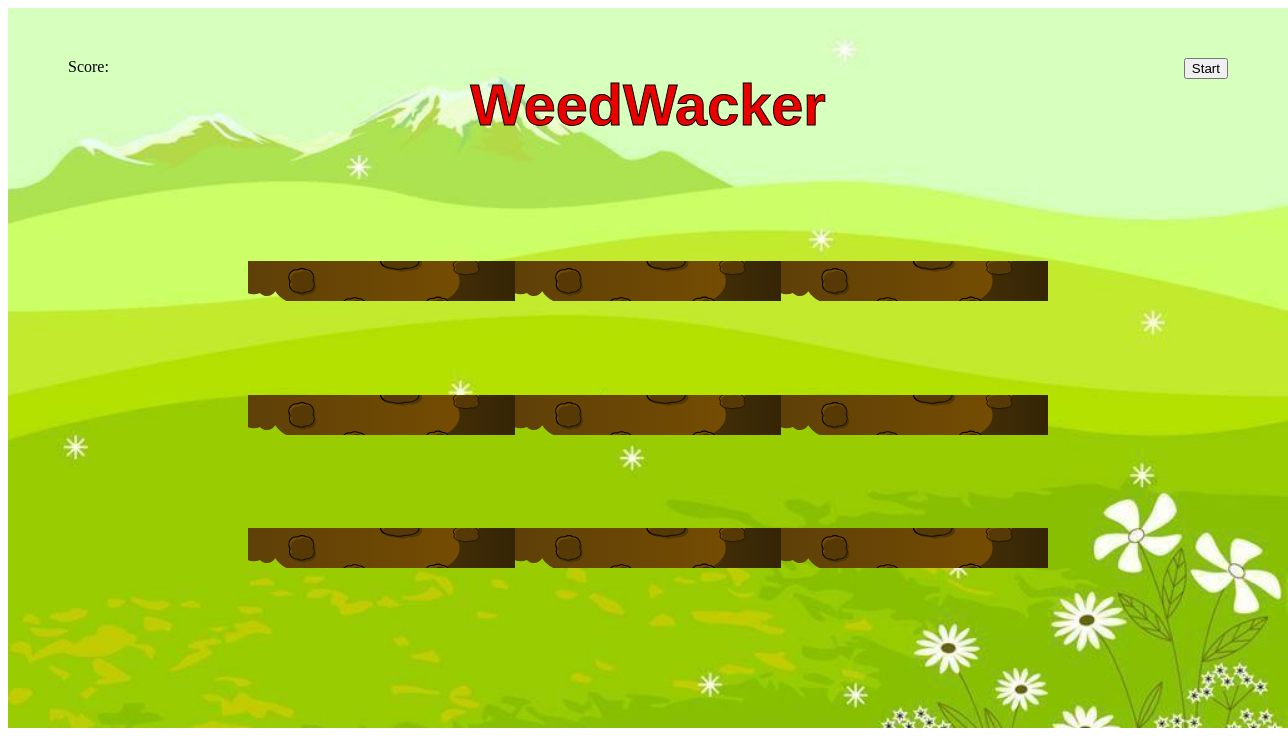
Repository: AustinW24/weedwacker
Page: index.html
An editor plug-in stored every save of this project. The page is shown before and after the next save, followed by the edit.
The browser window is 1280 px wide. The page is 1288 px wide, so the pictures cover 1288 px, including what lies to the right of the window. The pictures show the whole page.
Some web fonts or font styles are not loaded; a fallback is used.

Above is the page before, as saved 2022-02-09 10:21:42.

After the next save:
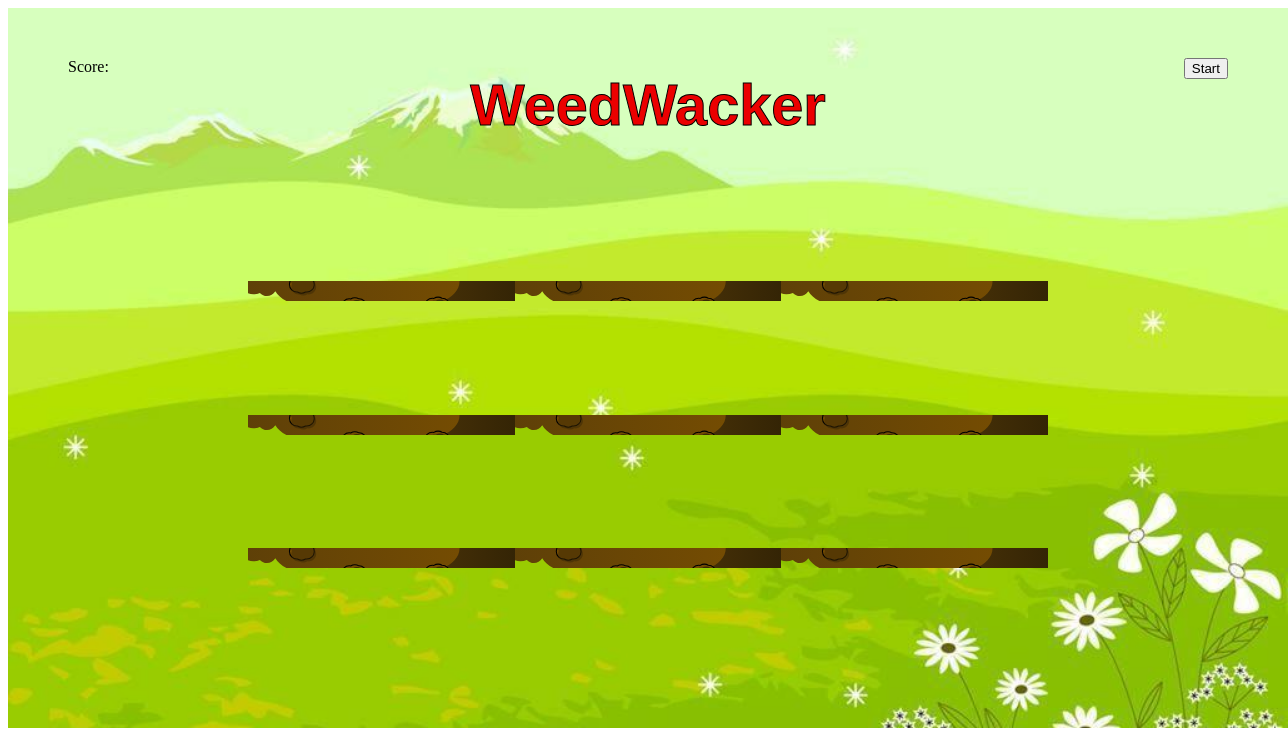
Saved 12 s later.
--- a/style.css
+++ b/style.css
@@ -53,7 +53,7 @@ html{
     content: '';
     position: absolute;
     width: 100%;
-    height: 70px;
+    height: 50px;
     z-index: 2;
     bottom: -30px;
 }
